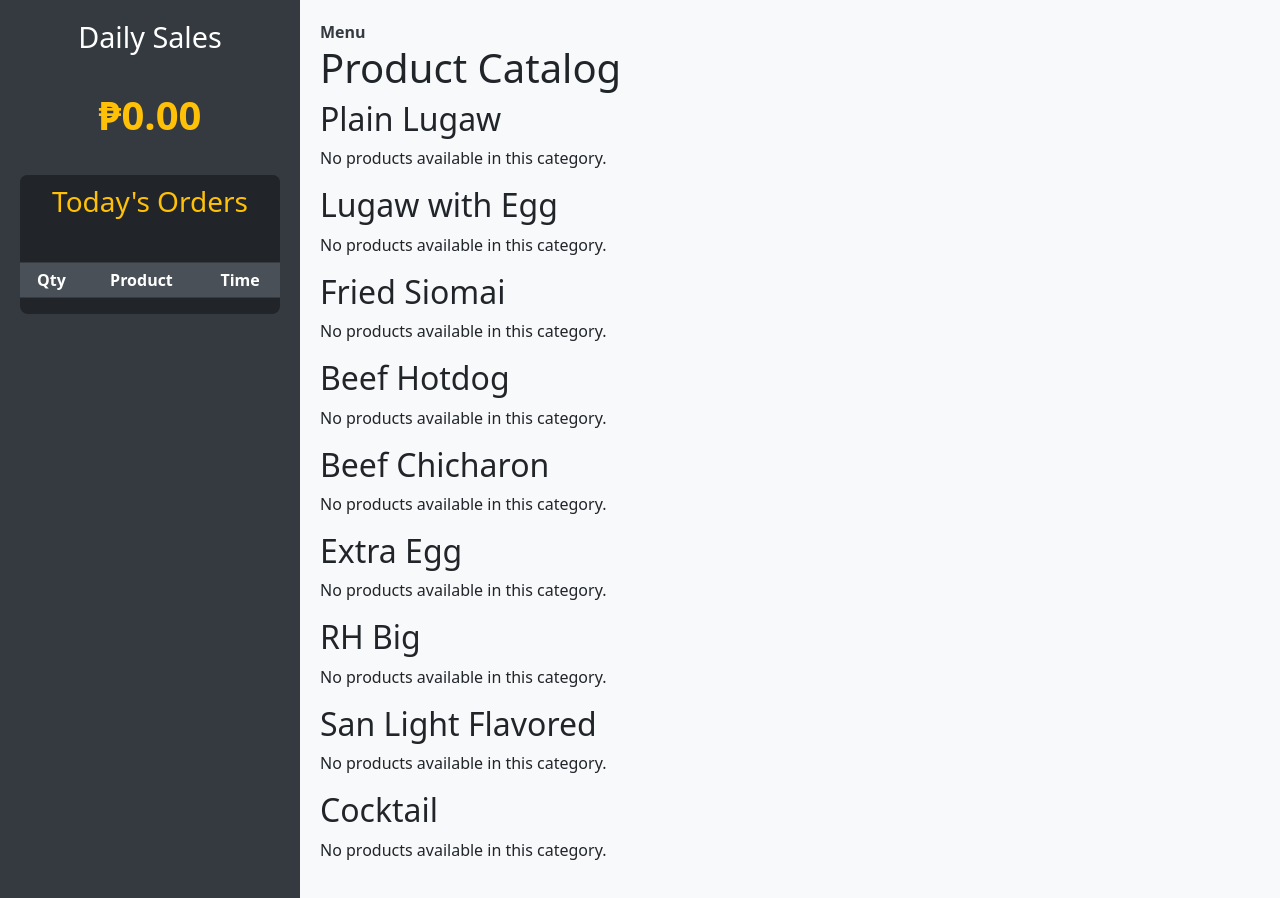
Repository: Jijiluzana225/lugawan_pitlane
Page: http://localhost/menu/
The author's editor kept a copy of each file at every save. The page is drawn from the files as they stood at one save, then again after the next save.
The browser window is 1280 px wide. The pictures show the whole page.
The page is served by the project's application, run on Django 5.2 (manage.py). Other server files are loaded and not shown. The page reads the database file committed with the project.

Above is the page before, as saved 2025-03-06 09:37:50.

### pos/templates/pos/catalog.html
{% extends 'pos/base.html' %}

{% block title %}Product Catalog - Lugaw Cafe{% endblock %}

{% block content %}
<h1>Product Catalog</h1>
{% for category in categories %}
    <h2>{{ category.name }}</h2>
    <div class="catalog">
        {% for product in category.product_set.all %}
            <div class="product">
                <h3>{{ product.name }}</h3>
                <p>₱{{ product.price }}</p>

                <!-- Running total ordered today -->
                {% with total_ordered=product.total_ordered_today %}
                    <p>Ordered today: {{ total_ordered|default:0 }}</p>
                {% endwith %}

                {% if product.available %}
                    <form action="{% url 'add_to_order' %}" method="post">
                        {% csrf_token %}
                        <input type="hidden" name="product_id" value="{{ product.id }}">
                        <label for="qty_{{ product.id }}">Qty:</label>
                        <input type="number" name="quantity" id="qty_{{ product.id }}" value="1" min="1" required>
                        <button type="submit">Add to Order</button>
                    </form>
                {% else %}
                    <p style="color: red;">Out of Stock</p>
                {% endif %}
            </div>
        {% empty %}
            <p>No products available in this category.</p>
        {% endfor %}
    </div>
{% empty %}
    <p>No categories available.</p>
{% endfor %}
{% endblock %}

### pos/templates/pos/base.html
<!DOCTYPE html>
<html lang="en">
<head>
    <meta charset="UTF-8">
    <meta name="viewport" content="width=device-width, initial-scale=1.0">
    <title>{% block title %}Lugaw Cafe POS{% endblock %}</title>

    <!-- Bootstrap CSS -->
    <link href="https://cdnjs.cloudflare.com/ajax/libs/bootstrap/5.3.0/css/bootstrap.min.css" rel="stylesheet">

    <style>
        body {
            display: flex;
            min-height: 100vh;
            background-color: #f8f9fa;
        }

        .sidebar {
            width: 300px;
            background: #343a40;
            color: #fff;
            padding: 20px;
            display: flex;
            flex-direction: column;
        }

        .sidebar h2 {
            font-size: 1.8rem;
            text-align: center;
            margin-bottom: 30px;
        }

        .total-orders {
            font-size: 2.5rem;
            font-weight: bold;
            color: #ffc107;
            text-align: center;
        }

        .orders-table {
            margin-top: 30px;
            background: #212529;
            border-radius: 8px;
            padding: 0;
            overflow: hidden;
            display: flex;
            flex-direction: column;
        }

        .sticky-header {
            position: sticky;
            top: 0;
            background: #212529;
            padding: 10px;
            margin: 0;
            text-align: center;
            color: #ffc107;
            z-index: 2;
        }

        .scrollable-table {
            max-height: 400px;
            overflow-y: auto;
        }

        .sticky-thead {
            position: sticky;
            top: 40px; /* Below the header */
            background: #495057;
            z-index: 1;
        }

        .scrollable-table table {
            width: 100%;
        }

        .scrollable-table th, .scrollable-table td {
            text-align: center;
        }

        .scrollable-table tr:nth-child(even) {
            background-color: #343a40;
        }


        .orders-table h3 {
            text-align: center;
            color: #ffc107;
        }

        .orders-table table {
            width: 100%;
            color: #fff;
        }

        .orders-table th, .orders-table td {
            padding: 5px;
            text-align: center;
        }

        .orders-table th {
            background-color: #495057;
        }

        .orders-table tr:nth-child(even) {
            background-color: #343a40;
        }

        .main-content {
            flex: 1;
            padding: 20px;
        }

        .catalog {
            display: flex;
            flex-wrap: wrap;
            gap: 20px;
            justify-content: flex-start;
        }

        .product {
            border: 1px solid #ccc;
            padding: 15px;
            width: 200px;
            text-align: center;
            background-color: #ffffff;
            border-radius: 8px;
            box-shadow: 0 2px 8px rgba(0, 0, 0, 0.1);
            transition: transform 0.2s ease-in-out;
        }

        .product:hover {
            transform: scale(1.05);
        }

        .product h3 {
            margin: 0;
            font-size: 1.2rem;
            color: #212529;
        }

        .product p {
            margin: 5px 0;
        }

        .btn-add {
            background-color: #28a745;
            color: white;
            border: none;
            padding: 8px 12px;
            border-radius: 5px;
            transition: background-color 0.2s ease-in-out;
        }

        .btn-add:hover {
            background-color: #218838;
        }

        nav a {
            margin-right: 15px;
            text-decoration: none;
            color: #343a40;
            font-weight: bold;
        }
    </style>
</head>
<body>

    <!-- Sidebar with total orders and order table -->
    <div class="sidebar">
        <h2>Daily Sales</h2>
        <div class="total-orders">
            ₱{{ total_sales|default:"0.00" }}
        </div>

        <div class="orders-table">
            <h3 class="sticky-header">Today's Orders</h3>
            <div class="scrollable-table">
                <table class="table table-dark table-striped">
                    <thead class="sticky-thead">
                        <tr>
                            <th>Qty</th>
                            <th>Product</th>
                            <th>Time</th>
                        </tr>
                    </thead>
                    <tbody>
                        {% for order in todays_orders %}
                            <tr>
                                <td>{{ order.quantity }}</td>
                                <td>{{ order.product.name }}</td>
                                <td>{{ order.datetimestamp|time:"h:i A" }}</td>
                            </tr>
                        {% empty %}
                            <tr>
                                <td colspan="3">No orders yet today.</td>
                            </tr>
                        {% endfor %}
                    </tbody>
                </table>
            </div>
        </div>

    </div>

    <div class="main-content">
        <nav>
            <a href="{% url 'menu' %}">Menu</a>
        </nav>

        {% block content %}{% endblock %}
    </div>

</body>
</html>

### pos/models.py
from django.db import models
from django.utils.timezone import now

class Category(models.Model):
    name = models.CharField(max_length=100)

    def __str__(self):
        return self.name

from django.db import models
from django.utils.timezone import now

class Category(models.Model):
    name = models.CharField(max_length=100)

    def __str__(self):
        return self.name

class Product(models.Model):
    name = models.CharField(max_length=200)
    category = models.ForeignKey(Category, on_delete=models.CASCADE)
    price = models.DecimalField(max_digits=10, decimal_places=2)
    available = models.BooleanField(default=True)

    def __str__(self):
        return self.name

    @property
    def total_ordered_today(self):
        from django.db.models import Sum
        from datetime import date

        today = date.today()
        total = OrderItem.objects.filter(
            product=self,
            datetimestamp__date=today
        ).aggregate(Sum('quantity'))['quantity__sum']

        return total or 0


class OrderItem(models.Model):
    product = models.ForeignKey(Product, on_delete=models.CASCADE)
    quantity = models.PositiveIntegerField(default=1)
    datetimestamp = models.DateTimeField(default=now)  # New field

    def __str__(self):
        return f"{self.quantity} x {self.product.name} at {self.datetimestamp}"

### pos/views.py
from django.shortcuts import render
from .models import Category, Product




def catalog(request):

    categories = Product.objects.select_related('category').all()

    # Calculate total sales for the day from OrderItem model
    today = date.today()
    total_sales = OrderItem.objects.filter(
        datetimestamp__date=today
    ).annotate(
        total_price=F('product__price') * F('quantity')  # Calculate total price per item
    ).aggregate(
        total=Sum('total_price')
    )['total'] or 0
    categories = Category.objects.prefetch_related('product_set').all()

    todays_orders = OrderItem.objects.filter(
        datetimestamp__date=today
    ).select_related('product').order_by('-datetimestamp')

    return render(request, 'pos/catalog.html', {'categories': categories,'total_sales': total_sales,'todays_orders': todays_orders})


from django.shortcuts import redirect, get_object_or_404
from django.utils.timezone import now
from .models import Product, OrderItem

def add_to_order(request):
    if request.method == 'POST':
        product_id = request.POST.get('product_id')
        quantity = int(request.POST.get('quantity', 1))  # Get quantity, default to 1 if missing
        product = get_object_or_404(Product, id=product_id)

        # Always create a new OrderItem record with the provided quantity
        OrderItem.objects.create(
            product=product,
            quantity=quantity,
            datetimestamp=now()
        )

    return redirect('catalog')


from django.shortcuts import render
from django.db.models import Sum, F
from django.utils.timezone import now
from datetime import date
from .models import Product, OrderItem

def menu(request):
    categories = Product.objects.select_related('category').all()

    # Calculate total sales for the day from OrderItem model
    today = date.today()
    total_sales = OrderItem.objects.filter(
        datetimestamp__date=today
    ).annotate(
        total_price=F('product__price') * F('quantity')  # Calculate total price per item
    ).aggregate(
        total=Sum('total_price')
    )['total'] or 0

    return render(request, 'pos/catalog.html', {
        'categories': categories,
        'total_sales': total_sales
    })

### lugaw_pos/urls.py
from django.contrib import admin
from django.urls import path, include

urlpatterns = [
    path('admin/', admin.site.urls),
    path('', include('pos.urls')),
]

### pos/urls.py
from django.urls import path
from . import views

urlpatterns = [
    path('menu/', views.menu, name='menu'),

    path('catalog/', views.catalog, name='catalog'),  # New catalog page
    path('add-to-order/', views.add_to_order, name='add_to_order'),  # New URL for adding to order

]

### db.sqlite3 (the tables this page reads, as SQL)
CREATE TABLE "pos_category" ("id" integer NOT NULL PRIMARY KEY AUTOINCREMENT, "name" varchar(100) NOT NULL);
INSERT INTO "pos_category" VALUES
(1, 'Lugaw'),
(2, 'Toppings'),
(3, 'Beers'),
(4, 'Cocktail');

CREATE TABLE "pos_orderitem" ("id" integer NOT NULL PRIMARY KEY AUTOINCREMENT, "quantity" integer unsigned NOT NULL CHECK ("quantity" >= 0), "product_id" bigint NOT NULL REFERENCES "pos_product" ("id") DEFERRABLE INITIALLY DEFERRED, "datetimestamp" datetime NOT NULL);
INSERT INTO "pos_orderitem" VALUES
(50, 1, 1, '2025-03-06 01:56:34.121001'),
(51, 1, 6, '2025-03-06 01:56:41.037510'),
(52, 1, 1, '2025-03-06 01:56:57.538878'),
(53, 1, 1, '2025-03-06 01:56:59.174436'),
(54, 1, 1, '2025-03-06 01:57:01.013718'),
(55, 1, 1, '2025-03-06 01:59:52.563631'),
(56, 1, 2, '2025-03-06 02:00:06.551409'),
(57, 1, 2, '2025-03-06 02:00:07.073217'),
(58, 1, 6, '2025-03-06 02:01:38.991734'),
(59, 1, 2, '2025-03-06 02:01:44.300049'),
(60, 1, 2, '2025-03-06 02:01:45.529915'),
(61, 1, 2, '2025-03-06 02:01:45.930399'),
(62, 1, 2, '2025-03-06 02:01:47.716337'),
(63, 1, 4, '2025-03-06 02:01:51.587389'),
(64, 1, 5, '2025-03-06 02:01:56.477001'),
(65, 1, 3, '2025-03-06 02:02:02.440242'),
(66, 1, 2, '2025-03-06 02:13:40.929574'),
(67, 1, 2, '2025-03-06 02:17:50.680794'),
(68, 1, 7, '2025-03-06 02:53:27.259124');

CREATE TABLE "pos_product" ("id" integer NOT NULL PRIMARY KEY AUTOINCREMENT, "name" varchar(200) NOT NULL, "price" decimal NOT NULL, "available" bool NOT NULL, "category_id" bigint NOT NULL REFERENCES "pos_category" ("id") DEFERRABLE INITIALLY DEFERRED);
INSERT INTO "pos_product" VALUES
(1, 'Plain Lugaw', 20, 1, 1),
(2, 'Lugaw with Egg', 35, 1, 1),
(3, 'Fried Siomai', 20, 1, 2),
(4, 'Beef Hotdog', 20, 1, 2),
(5, 'Beef Chicharon', 10, 1, 2),
(6, 'Extra Egg', 15, 1, 2),
(7, 'RH Big', 150, 1, 3),
(8, 'San Light Flavored', 75, 1, 3),
(9, 'Cocktail', 350, 1, 4);

After the next save:
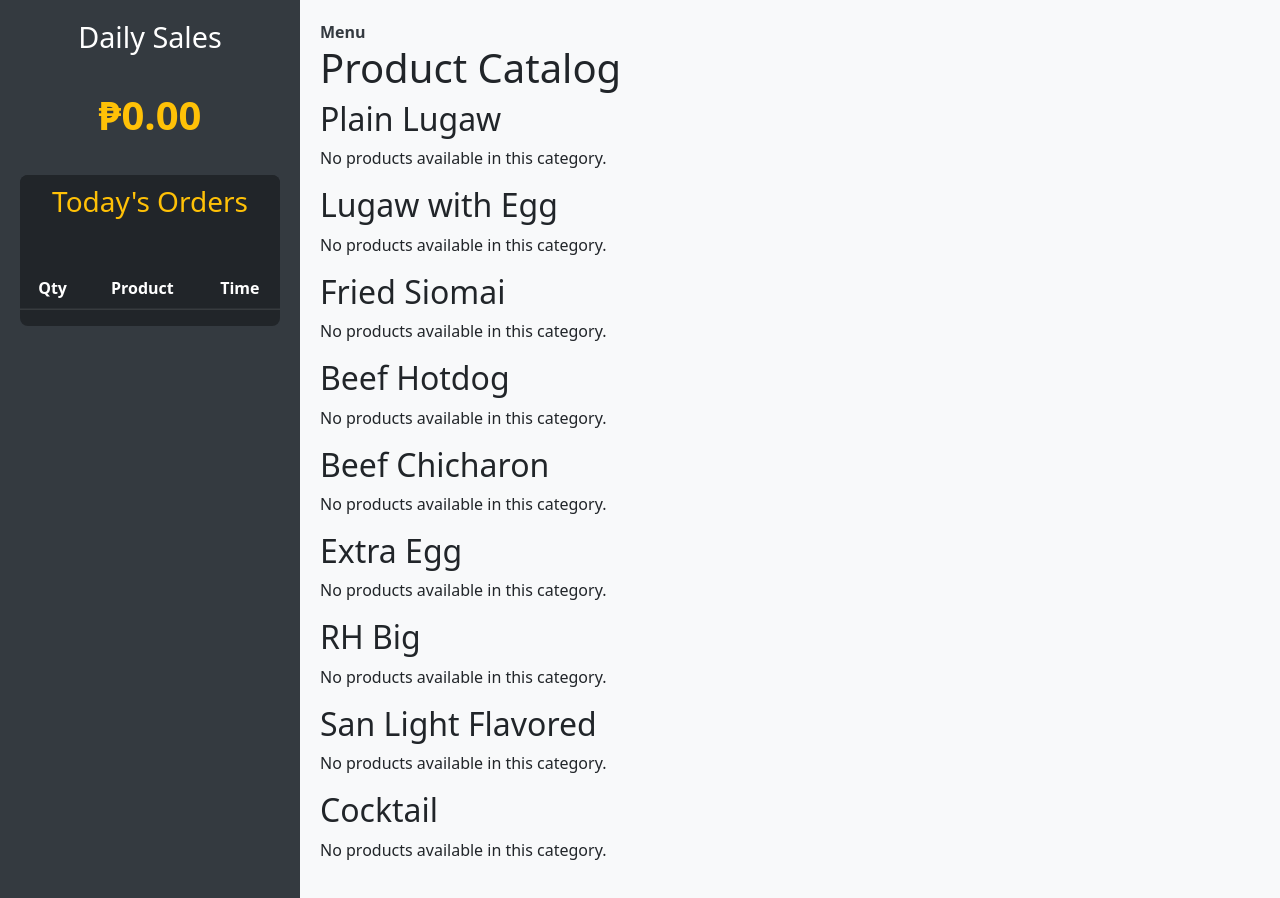
Saved 35 s later.
--- a/pos/templates/pos/base.html
+++ b/pos/templates/pos/base.html
@@ -82,29 +82,6 @@
             background-color: #343a40;
         }
 
-
-        .orders-table h3 {
-            text-align: center;
-            color: #ffc107;
-        }
-
-        .orders-table table {
-            width: 100%;
-            color: #fff;
-        }
-
-        .orders-table th, .orders-table td {
-            padding: 5px;
-            text-align: center;
-        }
-
-        .orders-table th {
-            background-color: #495057;
-        }
-
-        .orders-table tr:nth-child(even) {
-            background-color: #343a40;
-        }
 
         .main-content {
             flex: 1;
